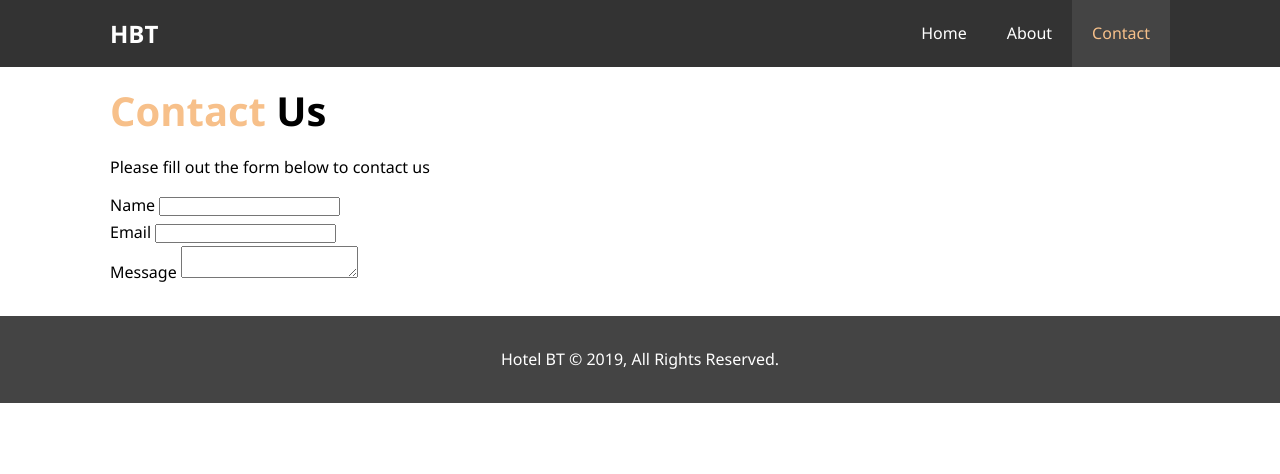
Repository: minhtien9/hotel-website
Page: contact.html
These files come from the project's save history. The page is drawn as it stood at one moment and after the next save; the edit follows.
The browser window is 1280 px wide. The pictures show the whole page.

Above is the page before, as saved 2021-08-14 18:54:37.

### contact.html
<!DOCTYPE html>
<html lang="en">

<head>
    <meta charset="UTF-8" />
    <meta http-equiv="X-UA-Compatible" content="IE=edge" />
    <meta name="viewport" content="width=device-width, initial-scale=1.0" />
    <meta name="description" content="Welcome to the most extraordinary hotel in Boston Massachusetts" />
    <meta name="keywords" content="hotel, boston hotel, new england hotel" />
    <link rel="stylesheet" href="https://cdnjs.cloudflare.com/ajax/libs/font-awesome/5.15.4/css/all.min.css" integrity="sha512-1ycn6IcaQQ40/MKBW2W4Rhis/DbILU74C1vSrLJxCq57o941Ym01SwNsOMqvEBFlcgUa6xLiPY/NS5R+E6ztJQ==" crossorigin="anonymous" referrerpolicy="no-referrer"
    />
    <link rel="stylesheet" href="css/style.css" />
    <title>Hotel BT | Contact</title>
</head>

<body>
    <header>
        <nav id="navbar">
            <div class="container">
                <h1 class="logo">
                    <a href="index.html"></a> HBT</h1>
                <ul>
                    <li><a href="index.html">Home</a></li>
                    <li><a href="about.html">About</a></li>
                    <li><a class="current" href="contact.html">Contact</a></li>
                </ul>
            </div>
        </nav>
    </header>
    <section id="contact-form" class="py-3">
        <div class="container">
            <h1 class="l-heading"><span class="text-primary">Contact</span> Us</h1>
            <p>Please fill out the form below to contact us</p>
            <form action="process.php">
                <div class="form-group">
                    <label for="name">Name</label>
                    <input type="text" name="name" id="name" />
                </div>
                <div class="form-group">
                    <label for="email">Email</label>
                    <input type="email" name="email" id="email" />
                </div>
                <div class="form-group">
                    <label for="message">Message</label>
                    <textarea name="message" id="message"></textarea>
                </div>
            </form>
        </div>
    </section>
    <footer id="main-footer">
        <p>Hotel BT &copy; 2019, All Rights Reserved.</p>
    </footer>
</body>

</html>

### css/style.css
/* Reset */

* {
    margin: 0;
    padding: 0;
    box-sizing: border-box;
}


/* Main Styling */

html,
body {
    font-family: 'Segoe UI', Tahoma, Geneva, Verdana, sans-serif;
    line-height: 1.7em;
}

a {
    color: #333;
    text-decoration: none;
}

h1,
h2,
h3 {
    padding-bottom: 20px;
}

p {
    margin: 10px 0;
}


/* Utility Classes */

.container {
    margin: auto;
    max-width: 1100px;
    overflow: auto;
    padding: 0 20px;
}

.text-primary {
    color: #f7c08a;
}

.lead {
    font-size: 20px;
}

.btn {
    display: inline-block;
    font-size: 18px;
    color: #fff;
    background: #333;
    padding: 13px 20px;
    border: none;
    cursor: pointer;
}

.btn:hover {
    background: #f7c08a;
    color: #333;
}

.btn-light {
    background: #f4f4f4;
    color: #333;
}

.bg-dark {
    background: #333;
    color: #fff;
}

.bg-light {
    background: #f4f4f4;
    color: #333;
}

.bg-primary {
    background: #f7c08a;
    color: #333;
}

.clr {
    clear: both;
}

.l-heading {
    font-size: 40px;
}


/* Padding */

.py-1 {
    padding: 10px 0;
}

.py-2 {
    padding: 20px 0;
}

.py-3 {
    padding: 30px 0;
}


/* Navbar */

#navbar {
    background: #333;
    color: #fff;
    overflow: auto;
}

#navbar a {
    color: #fff;
}

#navbar h1 {
    float: left;
    padding-top: 20px;
}

#navbar ul {
    list-style: none;
    float: right;
}

#navbar ul li {
    float: left;
}

#navbar ul li a {
    display: block;
    padding: 20px;
    text-align: center;
}

#navbar ul li a:hover,
#navbar ul li a.current {
    background: #444;
    color: #f7c08a;
}


/* Show case */

#showcase {
    background: url('../img/showcase.jpg') no-repeat center center/cover;
    height: 600px;
}

#showcase .showcase-content {
    color: #fff;
    text-align: center;
    padding-top: 170px;
}

#showcase .showcase-content h1 {
    font-size: 60px;
    line-height: 1.2em;
}

#showcase .showcase-content p {
    padding: bottom 20px;
    line-height: 1.7em;
}


/* Home info */

#home-info {
    height: 400px;
}

#home-info .info-img {
    float: left;
    width: 50%;
    background: url('../img/photo-1.jpg') no-repeat;
    min-height: 100%;
}

#home-info .info-content {
    float: right;
    width: 50%;
    height: 100%;
    text-align: center;
    padding: 50px 30px;
    overflow: hidden;
}

#home-info .info-content p {
    padding-bottom: 30px;
}


/* Features */

.box {
    float: left;
    width: 33.3%;
    padding: 50px;
    text-align: center;
}

.box i {
    margin-bottom: 10px;
}


/* About */

#about-info .info-right {
    float: right;
    width: 50%;
    min-height: 100%;
}

#about-info .info-right img {
    display: block;
    margin: auto;
    width: 70%;
    border-radius: 50%;
}

#about-info .info-left {
    float: left;
    width: 50%;
    min-height: 100%;
}


/* Testimonials */

#testimonials {
    height: 600px;
    background: url('../img/test-bg.jpg') no-repeat center center/cover;
    padding-top: 100px;
}

#testimonials h2 {
    color: #fff;
    text-align: center;
    padding-bottom: 40px;
}

#testimonials .testimonial {
    padding: 20px;
    margin-bottom: 40px;
    border-radius: 5px;
    opacity: 0.9;
}

#testimonials .testimonial img {
    width: 100px;
    float: left;
    margin: -13px 20px 0 0;
    border-radius: 50%;
}


/* Footer */

#main-footer {
    text-align: center;
    background: #444;
    color: #fff;
    padding: 20px;
}

After the next save:
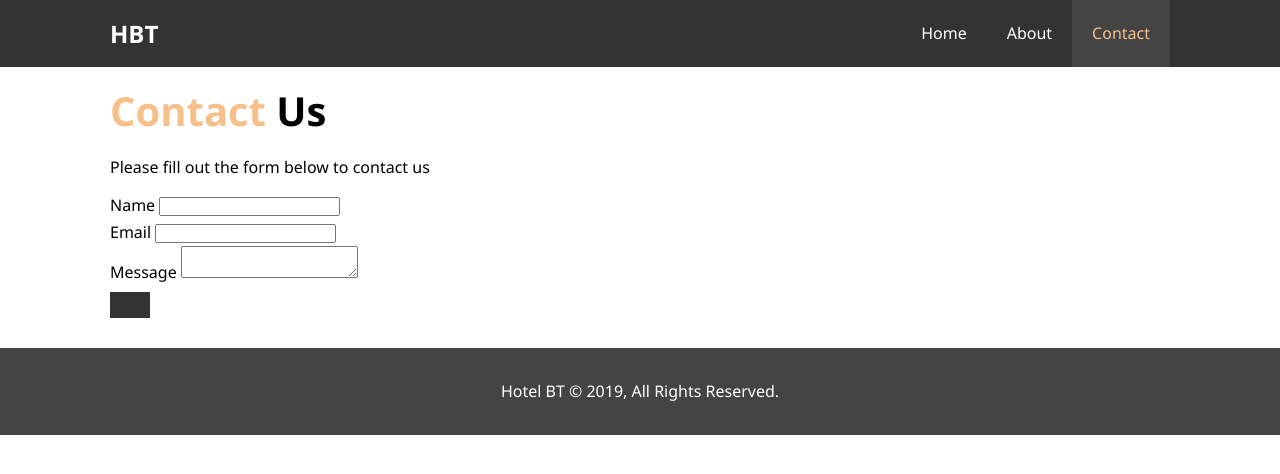
Saved 23 s later.
--- a/contact.html
+++ b/contact.html
@@ -44,6 +44,7 @@
                     <label for="message">Message</label>
                     <textarea name="message" id="message"></textarea>
                 </div>
+                <button type="submit" class="btn"></button>
             </form>
         </div>
     </section>
